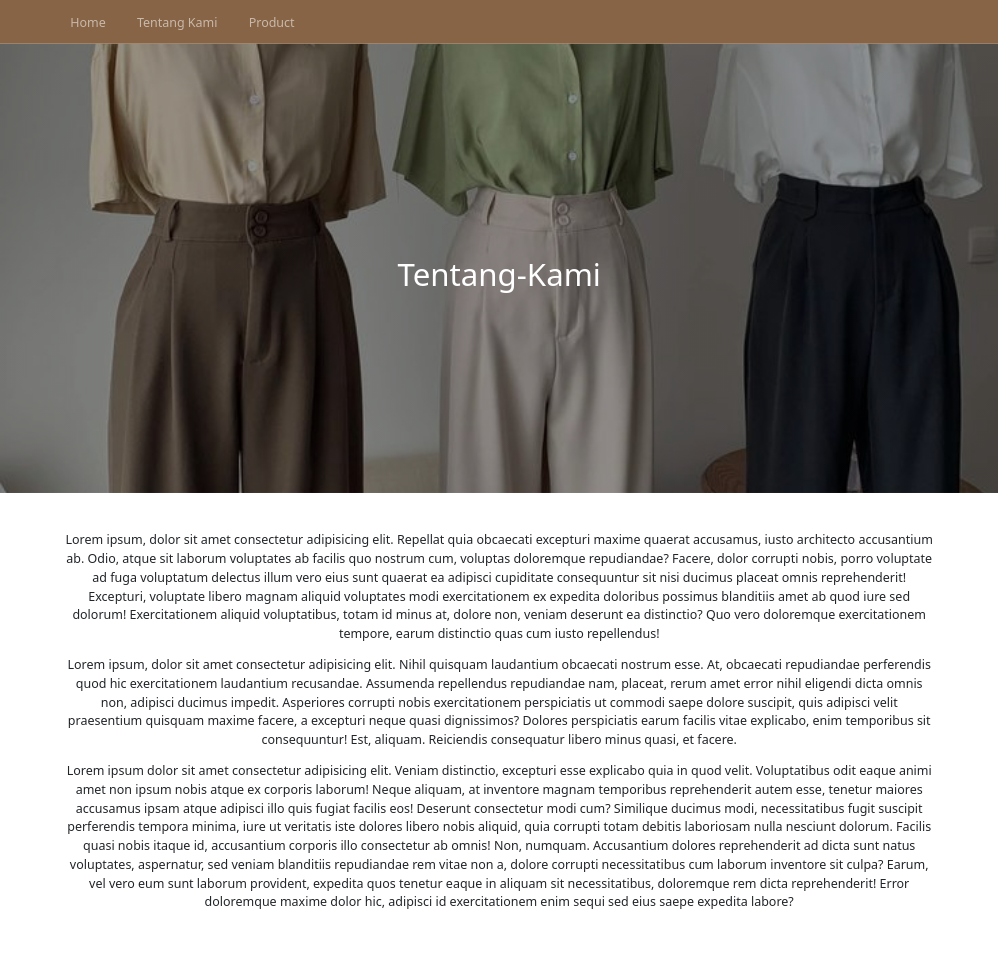
Repository: herman165/tugas_uas
Page: http://localhost/tentang_kami.php
The author's editor kept a copy of each file at every save. The page is drawn from the files as they stood at one save, then again after a run of saves.
The browser window is 1280 px wide. The pictures show the whole page, at 78% of full size.
The page is run by PHP 8.4 with error messages shown; the project is at /var/www/html/.

Above is the page before, as saved 2024-12-12 04:31:45.

### tentang_kami.php

<!DOCTYPE html>
<html lang="en">
<head>
    <meta charset="UTF-8">
    <meta name="viewport" content="width=device-width, initial-scale=1.0">
    <title>Tentang Kami - Page</title>
    <link rel="stylesheet" href="bootstrap/css/bootstrap.min.css">
    <link rel="stylesheet" href="fontawesome/css/all.min.css">
    <link rel="stylesheet" href="css/style.css">
</head>
<body>
    <!-- navbar -->
     <?php require "navbar.php" ?>
     <!-- benner -->
     <div class="container-fluid banner d-flex align-items-center">
        <div class="container">
            <h1 class="mt-4 text-white text-center">Tentang-Kami</h1>
        </div>
     </div>
     <!-- main -->
      <div class="container-fluid py-5">
        <div class="container fs-6 text-center">
            <p>
                Lorem ipsum, dolor sit amet consectetur adipisicing elit. Repellat quia obcaecati excepturi maxime quaerat accusamus, iusto architecto accusantium ab. Odio, atque sit laborum voluptates ab facilis quo nostrum cum, voluptas doloremque repudiandae? Facere, dolor corrupti nobis, porro voluptate ad fuga voluptatum delectus illum vero eius sunt quaerat ea adipisci cupiditate consequuntur sit nisi ducimus placeat omnis reprehenderit! Excepturi, voluptate libero magnam aliquid voluptates modi exercitationem ex expedita doloribus possimus blanditiis amet ab quod iure sed dolorum! Exercitationem aliquid voluptatibus, totam id minus at, dolore non, veniam deserunt ea distinctio? Quo vero doloremque exercitationem tempore, earum distinctio quas cum iusto repellendus!
            </p>
            <p>
                Lorem ipsum, dolor sit amet consectetur adipisicing elit. Nihil quisquam laudantium obcaecati nostrum esse. At, obcaecati repudiandae perferendis quod hic exercitationem laudantium recusandae. Assumenda repellendus repudiandae nam, placeat, rerum amet error nihil eligendi dicta omnis non, adipisci ducimus impedit. Asperiores corrupti nobis exercitationem perspiciatis ut commodi saepe dolore suscipit, quis adipisci velit praesentium quisquam maxime facere, a excepturi neque quasi dignissimos? Dolores perspiciatis earum facilis vitae explicabo, enim temporibus sit consequuntur! Est, aliquam. Reiciendis consequatur libero minus quasi, et facere.
            </p>
            <p>
                Lorem ipsum dolor sit amet consectetur adipisicing elit. Veniam distinctio, excepturi esse explicabo quia in quod velit. Voluptatibus odit eaque animi amet non ipsum nobis atque ex corporis laborum! Neque aliquam, at inventore magnam temporibus reprehenderit autem esse, tenetur maiores accusamus ipsam atque adipisci illo quis fugiat facilis eos! Deserunt consectetur modi cum? Similique ducimus modi, necessitatibus fugit suscipit perferendis tempora minima, iure ut veritatis iste dolores libero nobis aliquid, quia corrupti totam debitis laboriosam nulla nesciunt dolorum. Facilis quasi nobis itaque id, accusantium corporis illo consectetur ab omnis! Non, numquam. Accusantium dolores reprehenderit ad dicta sunt natus voluptates, aspernatur, sed veniam blanditiis repudiandae rem vitae non a, dolore corrupti necessitatibus cum laborum inventore sit culpa? Earum, vel vero eum sunt laborum provident, expedita quos tenetur eaque in aliquam sit necessitatibus, doloremque rem dicta reprehenderit! Error doloremque maxime dolor hic, adipisci id exercitationem enim sequi sed eius saepe expedita labore?
            </p>
        </div>
      </div>


    <script src="bootstrap/js/bootstrap.bundle.min.js"></script>
    <script src="fontawesome/js/all.min.js"></script>
</body>
</html>

### navbar.php
<!DOCTYPE html>
<html lang="en">
<head>
    <meta charset="UTF-8">
    <meta name="viewport" content="width=device-width, initial-scale=1.0">
    <title>Responsive Navbar</title>
     <link rel="stylesheet" href="bootstrap/css/bootstrap.min.css">

<style>

        /* Khusus tampilan HP */
        @media (max-width: 480px) {
            .navbar {
                background: linear-gradient(to right, #6a11cb, #2575fc); /* Gradient ungu ke biru */
                box-shadow: 0 4px 6px rgba(0, 0, 0, 0.3); /* Bayangan */
                border-radius: 5px; /* Membuat sudut melengkung */
            }

            .navbar-dark .nav-link {
                color: #ffffff;
                background-color: rgba(255, 255, 255, 0.2); /* Transparan putih */
                margin: 5px;
                padding: 10px;
                border-radius: 5px; /* Melengkung */
                text-align: center;
                transition: background-color 0.3s ease, color 0.3s ease;
            }

            .navbar-dark .nav-link:hover {
                background-color: rgba(255, 255, 255, 0.4); /* Lebih terang saat hover */
                color: #ffcc00; /* Warna kuning keemasan */
            }

            /* Tombol toggler */
            .navbar-dark .navbar-toggler {
                border: none;
                background-color: #ffffff; /* Putih */
                padding: 5px;
                border-radius: 3px; /* Melengkung */
            }

            .navbar-dark .navbar-toggler-icon {
                background-color: #6a11cb; /* Ungu */
                border-radius: 2px;
                width: 25px;
                height: 3px;
            }
        }

</style>

</head>
<body>
    <nav class="navbar navbar-expand-lg navbar-dark warna1">
        <div class="container">
            <button class="navbar-toggler" type="button" data-bs-toggle="collapse" data-bs-target="#navbarSupportedContent" aria-controls="navbarSupportedContent" aria-expanded="false" aria-label="Toggle navigation">
                <span class="navbar-toggler-icon"></span>
            </button>
            <div class="collapse navbar-collapse" id="navbarSupportedContent">
                <ul class="navbar-nav me-auto mb-2 mb-lg-0">
                    <li class="nav-item me-4 ">
                        <a class="nav-link " href="index.php">Home</a>
                    </li>
                    <li class="nav-item me-4 ">
                        <a class="nav-link" href="tentang_kami.php">Tentang Kami</a>
                    </li>
                    <li class="nav-item me-4 ">
                        <a class="nav-link" href="produk.php">Product</a>
                    </li>
                </ul>
            </div>
        </div>
    </nav>

    <script src="bootstrap/js/bootstrap.bundle.min.js"></script>
</body>
</html>

### css/style.css
.warna1 {
    background-color: #876445;
}
.warna2 {
    background-color: #CA965C;
}
.warna3 {
    background-color: #EEC373;
}
.warna4 {
    background-color: #F4DFBA;
}
.banner {
    height: 80vh; /* Mengisi seluruh tinggi layar */
    background: linear-gradient(rgba(0, 0, 0, 0.4), rgba(0, 0, 0, 0.4)), url('../image/benner\ new.jpg');
    background-size: cover; /* Memastikan gambar menutupi seluruh elemen */
    background-position: center; /* Memusatkan gambar */
    background-repeat: no-repeat; /* Mencegah gambar diulang */
}



@media (max-width: 768px) {
    .banner {
        height: 30vh;
    }
}
.highlighted-kategori{
    height: 250px;

}
.produk-terkait-image {
    height: 100%;
    width: 100%;
    object-fit: cover;
    object-position: center;

}
.no-decoration{
    text-decoration: none;
    color:white;
}
.no-decoration:hover {
    color: #EEC373;
}

.kategori-baju-pria {
  background: linear-gradient(rgba(0, 0, 0, 0.4), rgba(0, 0, 0, 0.4)), url('../image/baju\ pria.jpg');
  background-size: cover;
  background-position: center;
  background-repeat: no-repeat;
}
.kategori-baju-wanita {
  background: linear-gradient(rgba(0, 0, 0, 0.4), rgba(0, 0, 0, 0.4)), url('../image/baju\ wanita.jpg');
  background-size: cover;
  background-position: center;
  background-repeat: no-repeat;

}
.kategori-sepatu-pria {
  background: linear-gradient(rgba(0, 0, 0, 0.4), rgba(0, 0, 0, 0.4)), url('../image/Vans\ Old\ Skool\ Sneakers\ in\ Black_White\ _\ VN000D3HY28\ -\ Men\ 13_Wmn\ 14_5\ _\ Black.jpg');
  background-size: cover;
  background-position: center;
  background-repeat: no-repeat;
}
.kategori-jam-pria {
  background: linear-gradient(rgba(0, 0, 0, 0.4), rgba(0, 0, 0, 0.4)), url('../image/Kegllect\ Men\ Life\ Waterproof\ Quartz\ Watch\ Mens\ Large\ Dial\ Sport\ Wristwatch\ Jam\ Tangan\ Lelaki.jpg');
  background-size: cover;
  background-position: center;
  background-repeat: no-repeat;
}
.text-harga{
    font-size: 20px;
    color:#CA965C;
}
.image-box {
    height: 200px;
}
.image-box img{
    height: 100%;
    width: 100%;
    object-fit: cover;
    object-position: center;
}
.subscribe-content {
    background-color: rgba(0, 0, 0, 0.7);
}
.subscribe-content a {
    color: #fff
}
.bounce-icon {
    font-size: 50px;
    color: #fff;
    animation: wave 2s infinite;
}
@keyframes wave {
    0% {
        transform: translateX(0) translateY(0);
    }
    40% {
        transform: translateX(10px) translateY(-10px);
    }
    50% {
        transform: translateX(-10px) translateY(10px);
    }
    60% {
        transform: translateX(10px) translateY(10px);
    }
    80% {
        transform: translateX(-10px) translateY(-10px);
    }
    100% {
        transform: translateX(0) translateY(0);
    }
}

.layout {
    text-decoration: none;
}

### footer.php

    <!--sosial start-->
    <div class="container-fluid py-5 subscribe-content text-light">
      <div class="container">
        <h5 class="text-center mb-3">Temui Kami</h5>
        <div class="row justify-content-center">
          <div class="col-sm-1  d-flex justify-content-center mb-2 bounce-icon">
            <a href="#"><i class="fa-brands fa-whatsapp"></i></a>
          </div>
          <div class="col-sm-1  d-flex justify-content-center mb-2 bounce-icon ">
            <a href="#"><i class="fa-brands fa-facebook"></i></a>
          </div>
          <div class="col-sm-1  d-flex justify-content-center mb-2 bounce-icon" >
            <a href="#"><i class="fa-brands fa-twitter"></i></a>
          </div>
          <div class="col-sm-1  d-flex justify-content-center mb-2 bounce-icon">
            <a href="#"><i class="fa-brands fa-youtube"></i></a>
          </div>
          <div class="col-sm-1  d-flex justify-content-center mb-2 bounce-icon">
             <a href="#"> <i class="fa-brands fa-instagram"></i></a>
          </div>
        </div>
      </div>
    </div>
    <!--sosial end-->

    <!-- footer -->
     <div class="container-fluid py-3 bg-dark text-light">
        <div class="container d-flex justify-content-between">
            <label>&copy;2024</label>
            <label>Created By Herman</label>
        </div>
    </div>

Loaded but not shown: bootstrap/css/bootstrap.min.css (library); fontawesome/css/all.min.css (library); bootstrap/js/bootstrap.bundle.min.js (library)

After the next 3 saves:
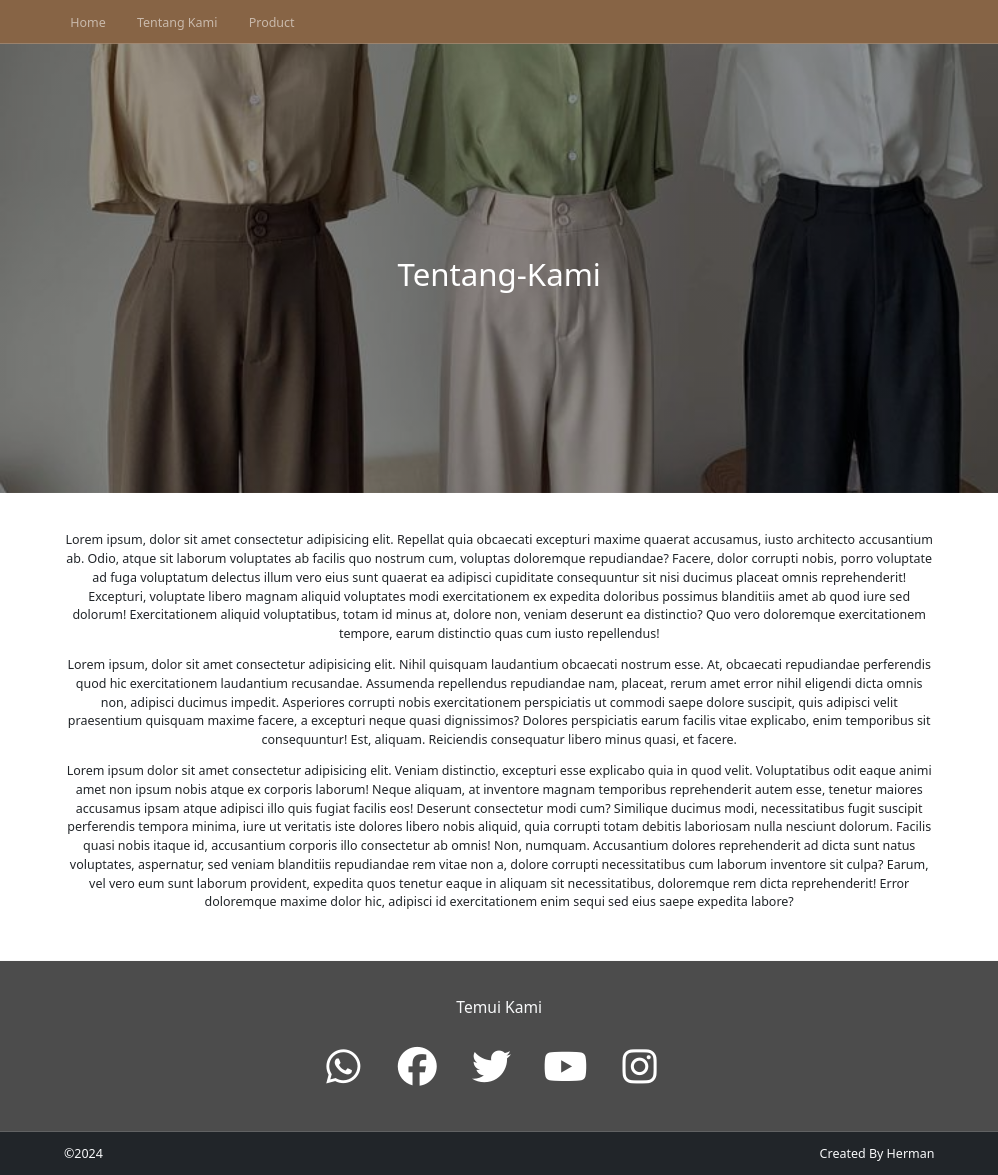
The 3 saves are shown as one change because they came seconds apart.
The last was saved 26 s later.
--- a/tentang_kami.php
+++ b/tentang_kami.php
@@ -33,7 +33,8 @@
         </div>
       </div>
 
-
+    <!-- footer -->
+     <?php require "footer.php" ?>
     <script src="bootstrap/js/bootstrap.bundle.min.js"></script>
     <script src="fontawesome/js/all.min.js"></script>
 </body>
